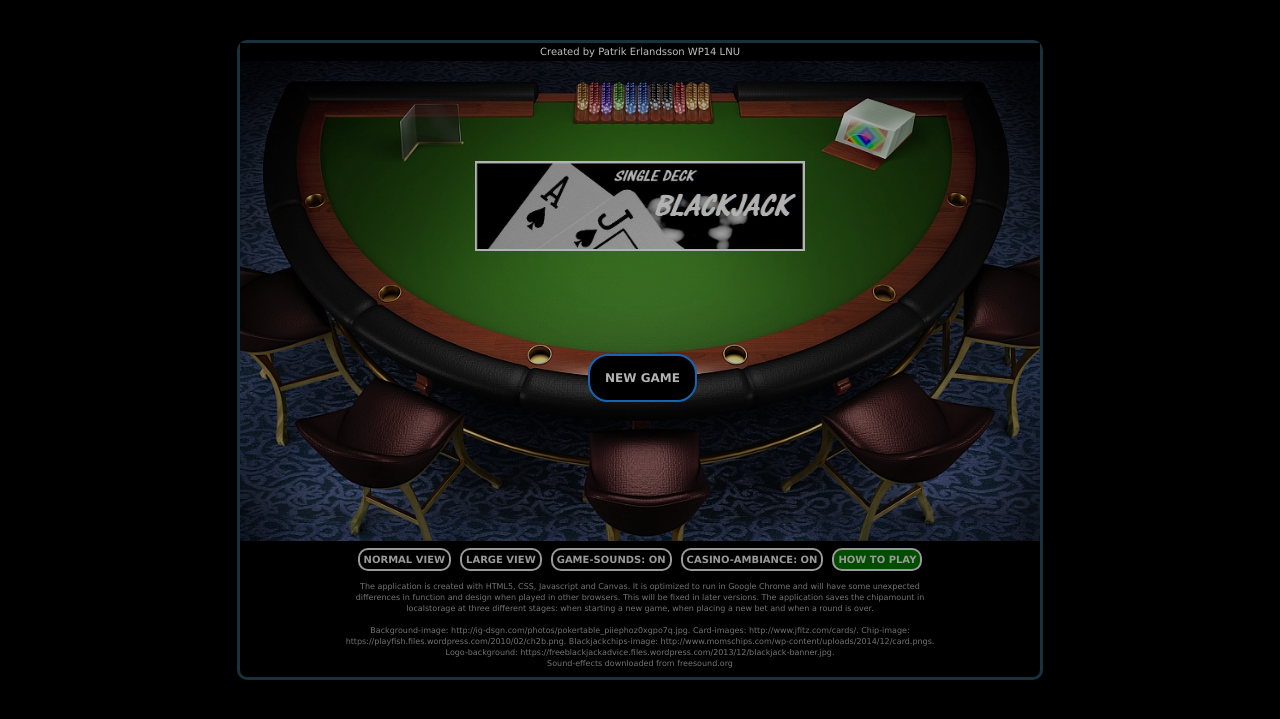
Repository: pat-erl/pe22dw.github.io
Page: index.html
The author's editor kept a record of every edit. The page is drawn from the files as they stood at one moment, then again after the next edit.
The browser window is 1280 px wide. The pictures show the whole page.

Above is the page before.

After the next edit:
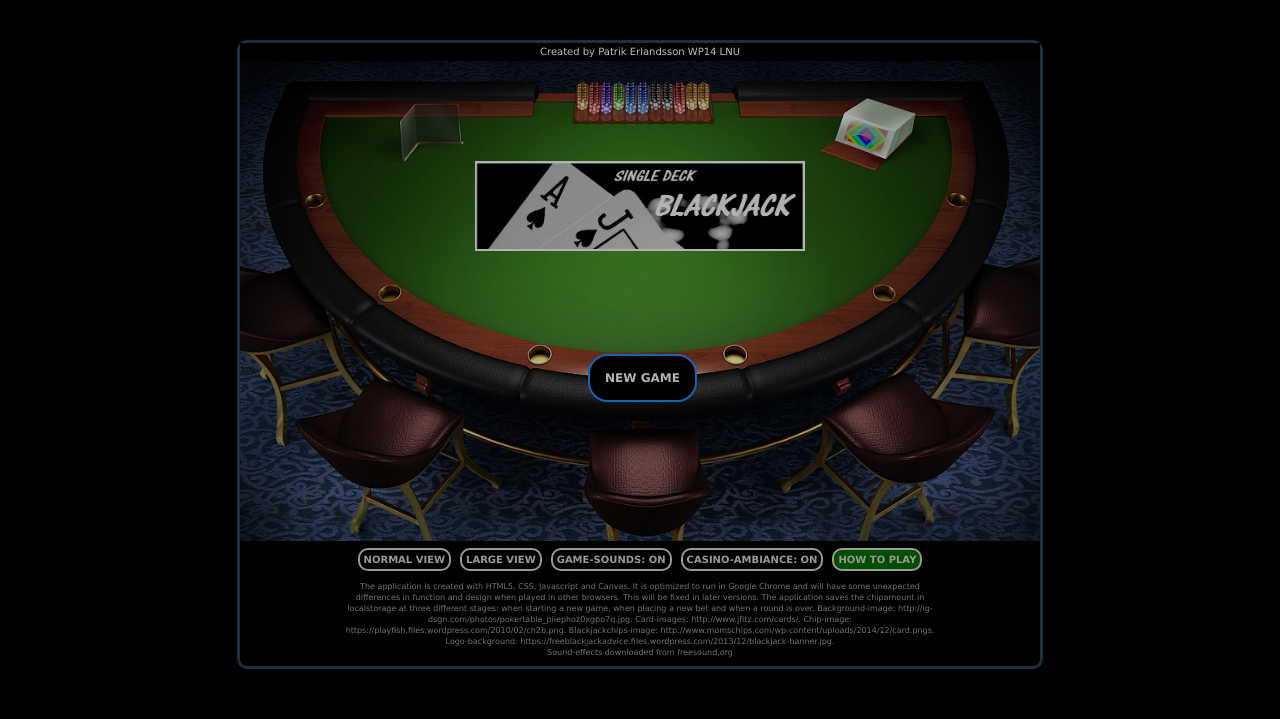
The edit:
--- a/index.html
+++ b/index.html
@@ -74,7 +74,6 @@
                     This will be fixed in later versions.
                     The application saves the chipamount in localstorage at three different stages:
                     when starting a new game, when placing a new bet and when a round is over.
-                    <br /><br />
                     Background-image: http://ig-dsgn.com/photos/pokertable_piiephoz0xgpo7q.jpg. Card-images: http://www.jfitz.com/cards/.
                     Chip-image: https://playfish.files.wordpress.com/2010/02/ch2b.png. Blackjackchips-image: http://www.momschips.com/wp-content/uploads/2014/12/card.pngs.
                     Logo-background: https://freeblackjackadvice.files.wordpress.com/2013/12/blackjack-banner.jpg.<br />
